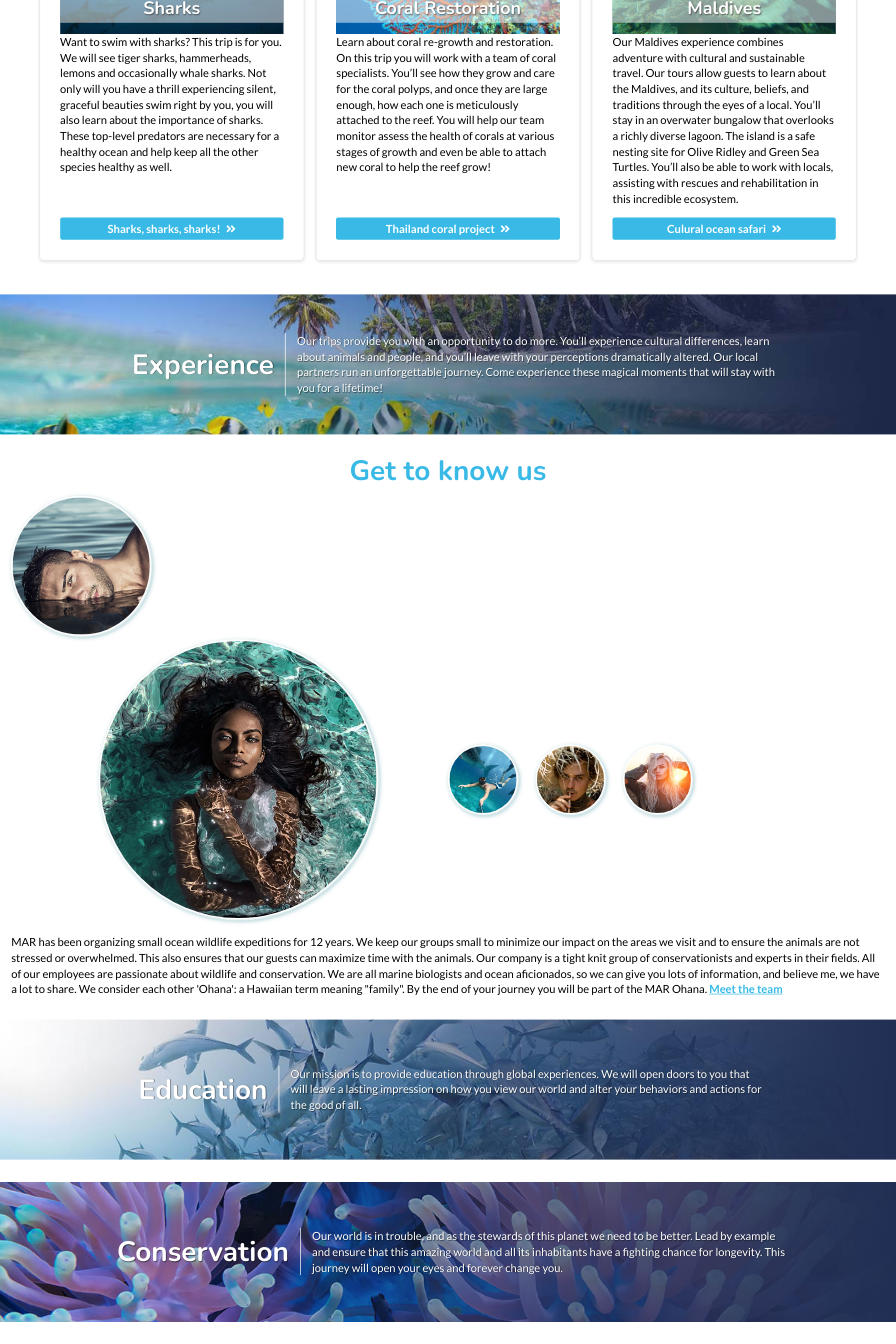
Repository: mariocapitbrok/css-combining-grid-and-flexbox-ch04
Page: 04_08/04_08_start.html
An editor plug-in stored every save of this project. The page is shown before and after the next save, followed by the edit.
The browser window is 1280 px wide. The pictures show the part of the page from y = 1312 to 3232 px (the page is 3232 px tall before and 3027 px after), at 70% of full size.

Above is the page before, as saved 2022-10-10 19:27:19.

### 04_08/04_08_start.html
<!DOCTYPE html>
<html lang="en">
<head>
  <meta charset="UTF-8">
  <meta name="viewport" content="width=device-width, initial-scale=1.0">
  <meta http-equiv="X-UA-Compatible" content="ie=edge">
  <meta name="description" content="MAR is a fictional company, the concept and design was created by Emily Kay for use on the Grid and Flexbox training course with Linkedin Learning">
  <meta name="author" content="Concept and design by Emily Kay">

  <title>MAR, Marine Awareness Retreats | transformative ocean-based trips focused on altering perceptions and habits</title>

  <link rel="shortcut icon" type="image/x-icon" href="images/favicon.ico">
  <link rel="apple-touch-icon" href="images/favicon.png">
  <!-- load font awesome -->
  <link rel="stylesheet" href="https://cdnjs.cloudflare.com/ajax/libs/font-awesome/5.15.3/css/all.min.css">
  <!-- load google fonts -->
  <link href="https://fonts.googleapis.com/css2?family=Lato:ital,wght@0,300;0,400;0,700;1,300;1,400&family=Nunito:ital,wght@0,200;0,300;0,400;0,600;0,700;0,800;1,400&display=swap" rel="stylesheet">

  <link rel="stylesheet" href="styles/base.css">

</head>
<body>

  <!-- header / hero -->
  <header class="hero" id="home">
    <img src="images/ecoSystems.png" alt="ocean ecosystems">
    <article>
      <h1>Marine Awareness Retreats.</h1>
      <p>We are an organization focused on educating and raising awareness about the importance of our ocean’s ecosystems. We create life-altering experiences that literally change perceptions and perspectives. Join us for an incredible trip that will educate and forever change you.</p>
      <button>Learn more about our trips <i class="fas fa-angle-double-right"></i></button>
    </article>
  </header>

  <!-- navigation -->
  <section class="navWrap">
    <img src="images/marLogo.svg" alt="MAR logo" class="logo">
    <input type="checkbox" id="navToggle" class="navToggle">
    <label for="navToggle" class="navToggleLabel"><span></span></label>
    <nav>
      <ul>
        <li><a href="#home">Home</a></li>
        <li><a href="#team">About</a></li>
        <li><a href="#gallery">Gallery</a></li>
        <li><a href="#problem">Blog</a></li>
        <li><a href="#contact">Contact</a></li>
        <li><a href="#trips" class="btn">Book an experience</a></li>
      </ul>
    </nav>
  </section>


  <main>

  <!-- Trips -->
  <section class="trips" id="trips">
    <article>
      <h1>Our trips</h1>
      <p>We have trips worldwide; incredible experiences that will not only provide unique animal interactions but will also introduce you to local heroes that are making a difference in their communities each and every day. Our trips educate and connect you with conservationists that are making changes in small communities. Little steps with huge impacts!</p>
    </article>
    <ul class="tripList">
      <li>
        <img src="images/trip01.jpg" alt="humpback whales">
        <h3>Humpback Whales</h3>
        <p>Tonga is a special place to visit - and if you go at the right time, you will be forever changed by seeing these gentle giants swimming with babies and engaging in heat runs. The excitement level is high on this trip; there’s nothing like hearing the song of a humpback whale as he tries to encourage a female to mate with him. Conservation is top priority among the locals, who do their best to ensure that the whales have a safe place to mate and birth.</p>
        <a href="#">Whales in Tonga <i class="fas fa-angle-double-right"></i></a>
      </li>
      <li>
        <img src="images/trip02.jpg" alt="Great Barrier Reef">
        <h3>GB Reef</h3>
        <p>Sail to some of the most incredible islands and dive sites in the world. The Great Barrier Reef is the world’s largest living organism, stretching over 2,000 km down the eastern coast of Australia. This trip will allow you to ‘live’ on the reef. We will visit turtle conservatories, shark protected breeding grounds, and you’ll learn about measures that are being taken to preserve this treasure.</p>
        <a href="#">Sail the Reef <i class="fas fa-angle-double-right"></i></a>
      </li>
      <li>
        <img src="images/trip03.jpg" alt="Galapagos">
        <h3>Galapagos</h3>
        <p>This trip is an amazing opportunity to visit many of the islands in the archipelago. There is so much diversity and an abundance of wildlife that is found nowhere else on earth. We will spend 10 days with sharks, mantas, turtles, ocean iguanas and so much more. Learn about the unique conservation efforts and amazing animals found only in the Galapagos.</p>
        <a href="#">Diversity central <i class="fas fa-angle-double-right"></i></a>
      </li>
      <li>
        <img src="images/trip04.jpg" alt="Sharks">
        <h3>Sharks</h3>
        <p>Want to swim with sharks? This trip is for you. We will see tiger sharks, hammerheads, lemons and occasionally whale sharks. Not only will you have a thrill experiencing silent, graceful beauties swim right by you, you will also learn about the importance of sharks. These top-level predators are necessary for a healthy ocean and help keep all the other species healthy as well.</p>
        <a href="#">Sharks, sharks, sharks! <i class="fas fa-angle-double-right"></i></a>
      </li>
      <li>
        <img src="images/trip05.jpg" alt="Coral">
        <h3>Coral Restoration</h3>
        <p>Learn about coral re-growth and restoration. On this trip you will work with a team of coral specialists. You’ll see how they grow and care for the coral polyps, and once they are large enough, how each one is meticulously attached to the reef. You will help our team monitor assess the health of corals at various stages of growth and even be able to attach new coral to help the reef grow!</p>
        <a href="#">Thailand coral project <i class="fas fa-angle-double-right"></i></a>
      </li>
      <li>
        <img src="images/trip06.jpg" alt="Maldives">
        <h3>Maldives</h3>
        <p>Our Maldives experience combines adventure with cultural and sustainable travel. Our tours allow guests to learn about the Maldives, and its culture, beliefs, and traditions through the eyes of a local. You’ll stay in an overwater bungalow that overlooks a richly diverse lagoon. The island is a safe nesting site for Olive Ridley and Green Sea Turtles. You’ll also be able to work with locals, assisting with rescues and rehabilitation in this incredible ecosystem.</p>
        <a href="#">Culural ocean safari <i class="fas fa-angle-double-right"></i></a>
      </li>
    </ul>
  </section>

  <!-- CTA1 -->
  <section class="cta cta1">
    <h1>Experience</h1>
    <p>Our trips provide you with an opportunity to do more. You’ll experience cultural differences, learn about animals and people, and you’ll leave with your perceptions dramatically altered. Our local partners run an unforgettable journey. Come experience these magical moments that will stay with you for a lifetime!</p>
  </section>

  <!-- Team -->
  <section class="team" id="team">
    <h1>Get to know us</h1>
    <ul class="teamMembers">
      <li><img src="images/team01.jpg" alt="team member"></li>
      <li><img src="images/team02.jpg" alt="team member"></li>
      <li><img src="images/team03.jpg" alt="team member"></li>
      <li><img src="images/team04.jpg" alt="team member"></li>
      <li><img src="images/team05.jpg" alt="team member"></li>
    </ul>
    <p>MAR has been organizing small ocean wildlife expeditions for 12 years. We keep our groups small to minimize our impact on the areas we visit and to ensure the animals are not stressed or overwhelmed. This also ensures that our guests can maximize time with the animals. Our company is a tight knit group of conservationists and experts in their fields. All of our employees are passionate about wildlife and conservation. We are all marine biologists and ocean aficionados, so we can give you lots of information, and believe me, we have a lot to share. We consider each other 'Ohana': a Hawaiian term meaning "family". By the end of your journey you will be part of the MAR Ohana. <a href="#">Meet the team</a></p>
  </section>

  <!-- CTA2 -->
  <section class="cta cta2">
    <h1>Education</h1>
    <p>Our mission is to provide education through global experiences. We will open doors to you that will leave a lasting impression on how you view our world and alter your behaviors and actions for the good of all.</p>
  </section>

  <!-- Problem -->


  <!-- Actions -->


  <!-- CTA3 -->
  <section class="cta cta3">
    <h1>Conservation</h1>
    <p>Our world is in trouble, and as the stewards of this planet we need to be better. Lead by example and ensure that this amazing world and all its inhabitants have a fighting chance for longevity. This journey will open your eyes and forever change you.</p>
  </section>

  <!-- Photo Gallery -->

  </main>


  <!-- Footer -->
  <footer>

  <!-- Contact Form -->

  <!-- Social Media -->

  <!-- Contact Info -->

  </footer>
</body>
</html>

### 04_08/styles/base.css
/*

TABLE OF CONTENTS

  1. Global styles
  2. Hero
  3. Navigation
  4. Trips
  5. CTA
  6. Team
  7. Problem
    7a. Actions
  8. Gallery
  9. Footer
    9a. Contact
    9b. Connect
  10. Media Queries
    10a. Media Query, (min-width: 700px)
      10a-i. Hero
      10a-ii. Navigation, Large screen
      10a-iii. Trips, Large screen
      10a-iv. CTA summaries, Large screen rules
    10b. Media Query, (min-width: 1000px)

*/

/* ############ 1. Global Styles ############ */
 article, aside, details, figcaption, figure, footer, header, hgroup, menu, nav, section {
   display: block;
}

 * {
   padding: 0;
   margin: 0;
   box-sizing: border-box;
   font-size: 100%;
 }

 body > * {
   font-family: 'Lato', sans-serif;
   line-height: 1.4;
 }

 img {
   max-width: 100%;
   height: auto;
 }

 h1, h2, h3, h4 {
   font-family: 'Nunito', sans-serif;
   line-height: 1;
 }

 h1 {
   font-size: 2.5rem;
 }

 h2 {
   font-size: 2rem;
 }

 h3 {
   font-size: 1.6rem;
 }

 h4 {
   font-size: 1.4rem;
 }

 p {
   line-height: 1.4;
 }

a {
  color: #36bae6;
  font-weight: bold;
}

a:hover {
  color: #e06630;
}

i {
  padding-left: .5rem;
}

/* ############ 2. Hero ############ */
.hero {
  background: url("../images/header1_sm.jpg") no-repeat center right;
  background-size: cover;
  color: #fff;
  font-size: 20px;
  text-align: center;
  display: grid;
  grid-template-columns: 10px 2fr 10px;
  grid-template-rows: .5fr 1fr 20px;
  grid-gap: 20px;
 }

.hero img {
  margin: auto;
  padding-top: 1rem;
  grid-column: 2 / 3;
  grid-row: 1 / 2;
}

.hero article {
  grid-column: 2 / 3;
  grid-row: 2 / 3;
}

.hero h1 {
  font-size: 2rem;
  text-transform: uppercase;
}

.hero button {
  background-color: #fff;
  border: none;
  border-radius: 4px;
  color: #2abadf;
  font-size: 1rem;
  padding: 5px 10px;
  margin: .75rem auto 0;
}


/* ############ 3. Navigation ############ */
.logo {
  max-width: 90px;
 }

.navWrap {
  position: sticky;/*  ** note the menu will not be sticky until we add more page content */
  top: 0;
  z-index: 99;
  height: 48px;
  width: 100%;
  background-color: #212f54;
  border-bottom: 1px solid #e0e5eb;
  box-shadow: 0px 1px 8px #223055;
  padding: 0 1.5rem;
  display: flex;
  align-items: center;
  justify-content: space-between;
}

input#navToggle {
  display: none;
}

input#navToggle ~ label {
  position: relative;
  padding: 0.25rem;
  width: 2rem;
  height: 1.25rem;
  height: 2rem;
}

input#navToggle ~ label > span,
input#navToggle ~ label > span::before,
input#navToggle ~ label > span::after {
  content: "";
  display: block;
  position: absolute;
  top: .75rem;
  height: 0.125rem;
  width: 1.75rem;
  opacity: 1;
  background: #fff;
  transition: 0.14s ease-in-out;
}

input#navToggle ~ label > span::before {
  top: -0.5rem;
}

input#navToggle ~ label > span::after {
  top: 0.5rem;
}

#navToggle:checked ~ label > span {
  width: 0;
  background: rgba(18, 18, 18, 0);
}

#navToggle:checked ~ label > span::before {
  transform: rotateZ(45deg);
  top: 0;
}

#navToggle:checked ~ label > span::after {
  transform: rotateZ(-45deg);
  top: 0;
}

#navToggle:checked ~ nav {
  left: 0;
}

nav {
  position: absolute;
  z-index: -1;
  top: 3.0rem;
  left: -110%;
  width: 100%;
  transition: 0.22s ease-in-out;
}

nav::after {
  content: "";
  position: absolute;
  top: 0;
  z-index: -1;
  height: 100vh;
  width: 100vw;
  background-color: #13b1e7;
  background-size: cover;
}

nav ul {
    list-style-type: none;
}

nav ul li a {
  display: inline-block;
  text-decoration: none;
  width: 100%;
  padding: .75rem 1rem;
  color: #fff;
  border-bottom: solid 1px rgba(255,255,255,.5);
  transition: 0.14s ease-in-out;
}

nav ul li a:hover {
  color: #36bae6;
  background: #e0e5eb;
}

nav ul li:last-of-type::before {
  content: "";
  display: block;
  padding: .5rem;
  }

nav .btn {
  background: #fff;
  border-bottom: none;
  border-radius: 4px;
  box-shadow: inset 0 0 5px #eeb80c;
  color: #223054;
  width: 40%;
  padding: 0.25rem .6rem;
  letter-spacing: 1px;
  text-shadow: 0 0 1px rgb(19,177,231);
  display: flex;
  justify-content: center;
  margin: auto;
}

nav .btn:hover {
  background-color: #223054;
  box-shadow: inset 0 0 5px #13b1e7;
  color: #fff;
}

/* ############ 4. Trips ############ */
.trips {
  padding: 1rem;
  margin: auto;
  max-width: 1200px;
}

.trips article {
  margin: 2rem auto;
  width: 80%;
  max-width: 1000px;
}

.trips h1 {
  color: #3abadf;
  font-size: 3rem;
  margin-left: 1rem;
}

.trips article p {
  border-left: solid 1px #dedede;
  padding-left: 1rem;
}

.tripList {
  list-style-type: none;
  display: grid;
  grid-template-columns: repeat(auto-fit, minmax(260px, 1fr));
  grid-gap: 1rem;
}

.tripList li {
  background-color: rgba(255,255,255,.9);
  border-radius: 6px;
  border: solid 1px #dedede;
  box-shadow: 0 2px 5px rgba(0,0,0,0.1);
  padding: 1.8rem;
  display: grid;
  grid-template-columns: 1fr;
  grid-template-rows: auto minmax(140px, 1fr) auto;
}

.tripList h3, .tripList img {
  grid-row: 1 / 2;
  grid-column: 1;
}

.tripList h3 {
  background-color: rgba(255,255,255,.5);
  color: #fff;
  padding: .5rem;
  margin-bottom: 1rem;
  text-align: center;
  text-shadow: 1px 1px 2px rgba(51,51,51,.7);
  align-self: end;
}

.trips a {
  border-radius: 3px;
  background-color: #39bae6;
  color: #fff;
  height: 2rem;
  margin-top: 1rem;
  text-decoration: none;
  display: flex;
  justify-content: center;
  align-items: center;
}

.trips a:hover {
  background-color: #333;
}


/* ############ 5. CTA ############ */
.cta {
  background-repeat: no-repeat;
  background-position: center center;
  background-size: cover;
  color: #fff;
  margin: 2rem auto;
  padding: 2rem;
  text-shadow: 1px 1px 1px rgb(0 0 0 / 50%);
}

.cta1 {
  background-image: url("../images/ctaBG1_sm.jpg");
}

.cta2 {
  background-image: url("../images/ctaBG2_sm.jpg");
}

.cta3 {
  background-image: url("../images/ctaBG3_sm.jpg");
}

.cta h1 {
  margin-left: 1rem;
}

.cta p {
  border-left: solid 1px #fff;
  padding-left: 1rem;
  max-width: 700px;
}


/* ############ 6. Team ############ */
.team {
  margin: 1rem;
}

.team h1 {
  text-align: center;
  color: #39bae6;
}

.team p {
  margin-bottom: 1rem;
}

.teamMembers {
  list-style-type: none;
  margin: 1rem 0;
  display: grid;
  grid-template-columns: repeat(10, 1fr);
  align-items: center;
}

.teamMembers li {
}

.teamMembers li:nth-child(1) {
  grid-column: 1/3;
}

.teamMembers li:nth-child(2) {
  grid-column: 2/6;
}

.teamMembers li:nth-child(3) {
}

.teamMembers li:nth-child(4) {
}

.teamMembers li:nth-child(5) {
}

.teamMembers li:hover {
}

.teamMembers img {
  border-radius: 50%;
  width: 80%;
  box-shadow: 1px 1px 3px #fff, 2px 2px 6px rgb(28 121 138 / 50%);
  border: solid 2px rgba(255,255,255,.8);
}

.teamMembers li:nth-child(3) img {
}


/* ############ 7. Problem ############ */

/* ############ 7a. Problem > Action ############ */


/* ############ 8. Gallery ############ */


/* ######### 9. Footer ######### */

/* ######### 9a. Footer > Contact ######### */

/* ######### 9b. Footer > Connect ######### */


/* ############ 10. Media Queries ############ */

/* ############ 10a. Media Query, (min-width: 700px) ############ */
@media screen and (min-width: 700px) {
  /* ######### 10a-i. HERO, Large screen rules ######### */
  header.hero {
    background: url(../images/header1_lg.jpg) no-repeat center left;
    background-size: cover;
    text-align: left;
    grid-template-columns: repeat(6, 1fr);
    grid-template-rows: .25fr 1fr .25fr;
    align-items: center;
  }

  .hero img {
    margin: 0 0 0 auto;
    grid-row: 2 / 3;
  }

  .hero article {
   max-width: 1000px;
   grid-column: 3 / 6;
  }

/* ######### 10a-ii. Navigation, Large screen rules ######### */
  .navWrap {
    display: grid;
    grid-template-columns: 100px minmax(auto, 1100px);
    justify-content: center;
    height: auto;
  }

  .navToggleLabel {
    display: none;
  }

  nav {
    position: initial;
  }

  nav ul {
    display: flex;
    justify-content: flex-end;
    align-items: center;
  }

  nav ul li a {
    border-bottom: none;;
  }

  nav ul li a:hover {
    background: transparent;
  }

  nav::after, nav ul li:last-of-type::before {
    display: none;
    padding: initial;
  }

  nav .btn {
    width: auto;
    background: #13b1e7;
    color: #fff;
    letter-spacing: normal;
    text-shadow: none;
    box-shadow: none;
  }

  nav.btn:hover {
    box-shadow: inset 0 0 5px #13b1e7;
    background-color: #223054;
  }

/* ######### 10a-iii. Trips, Large screen rules ######### */
  .tripList {
  grid-template-columns: repeat(auto-fit, minmax(300px, 1fr));
  }

  .trips article {
   width: 90%;
   display: flex;
   align-items: center;
  }

  .trips h1 {
    margin: 0 1rem 0 0;
  }

  .trips p {
    flex: 3;
  }

/* ######### 10a-iv. CTA summaries, Large screen rules ######### */
  .cta {
    min-height: 200px;
    display: flex;
    align-items: center;
    justify-content: center;
  }

  .cta1 {
    background-image: url("../images/ctaBG1_lg.jpg");
  }

  .cta2 {
    background-image: url("../images/ctaBG2_lg.jpg");
  }

  .cta3 {
    background-image: url("../images/ctaBG3_lg.jpg");
  }

  .cta h1 {
    margin-right: 1rem;
  }

}

/* ############ 10b. Media Query, (min-width: 1000px) ############ */
@media screen and (min-width: 1000px) {

}

After the next save:
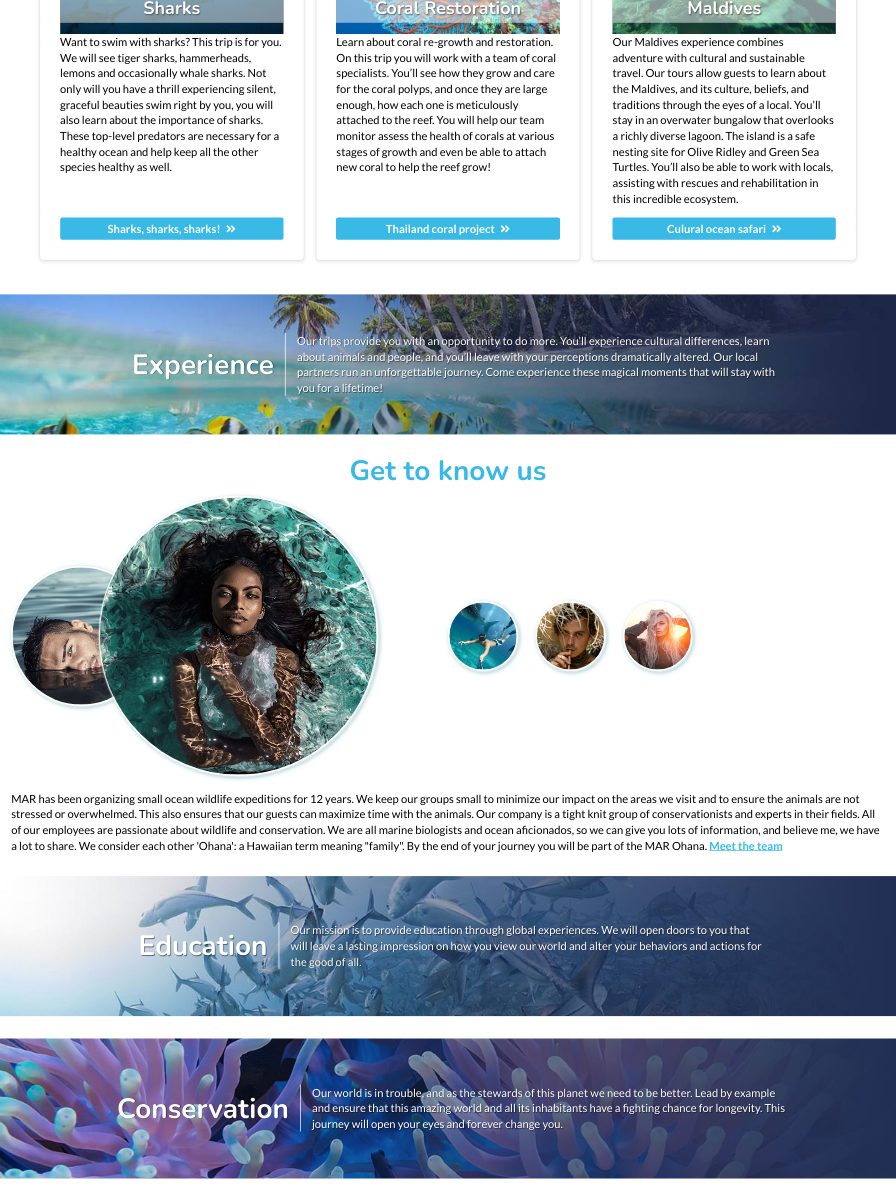
Saved 27 s later.
--- a/04_08/styles/base.css
+++ b/04_08/styles/base.css
@@ -395,6 +395,7 @@ nav .btn:hover {
 }
 
 .teamMembers li {
+  grid-row: 1/2
 }
 
 .teamMembers li:nth-child(1) {
